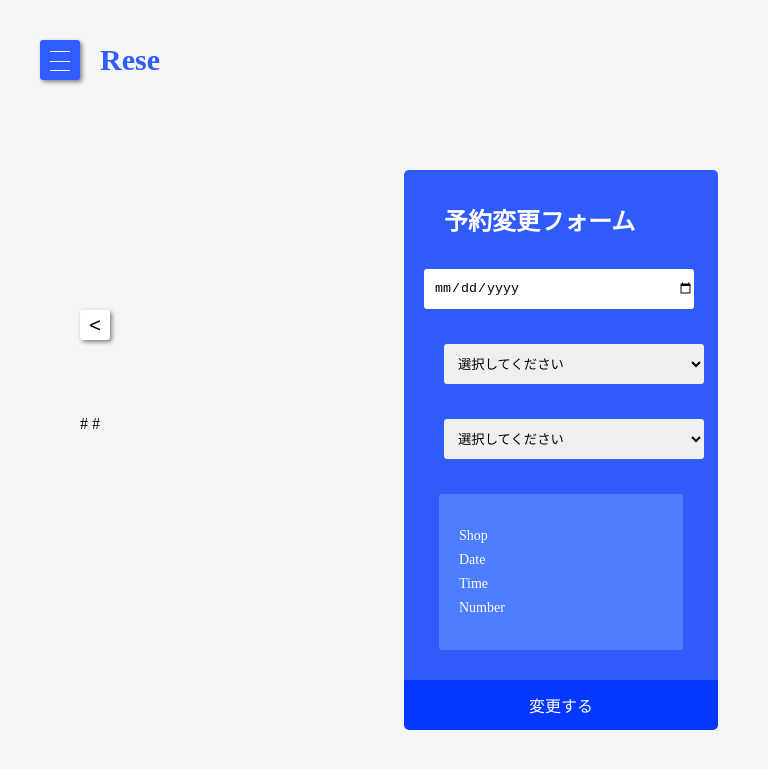
Repository: Haruka-Wada/Rese
Page: src/resources/views/edit.blade.php
The author's editor kept a copy of each file at every save. The page is drawn from the files as they stood at one save, then again after a run of saves.
The browser window is 768 px wide. The pictures show the whole page.
The page is served by the project's Laravel application, run on PHP 8.4 with Laravel 8. The template is opened directly, without the code that normally fills it, so the values that code supplies are empty.

Above is the page before, as saved 2024-11-19 15:36:54.

After the next 2 saves:
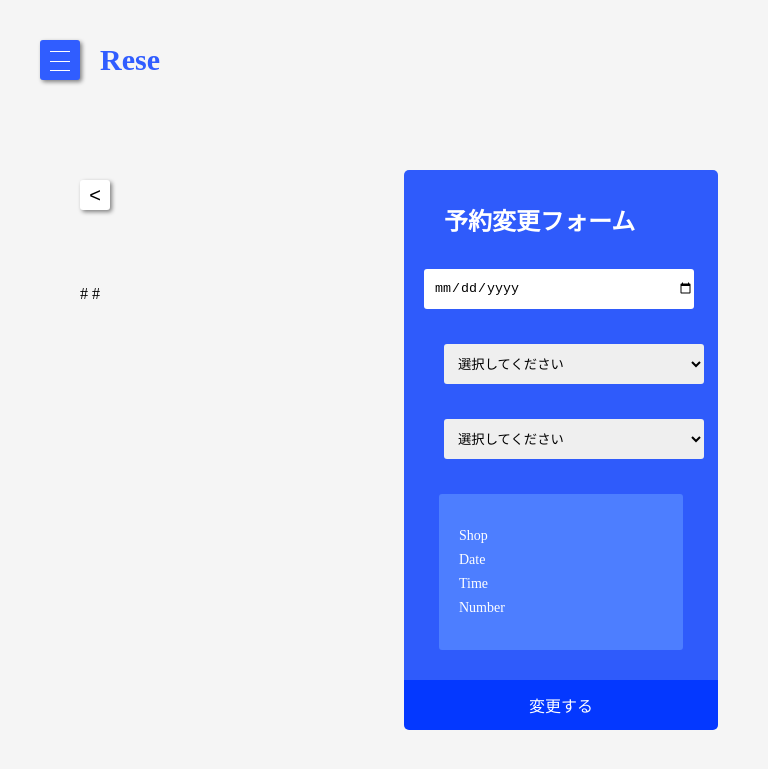
The 2 saves are shown as one change because they came seconds apart.
The last was saved 7 s later.
--- a/src/public/css/edit.css
+++ b/src/public/css/edit.css
@@ -159,7 +159,7 @@
     }
 
     .shop__container {
-        g
+        grid-row: 1/1;
     }
 
     .reservation__wrap {
